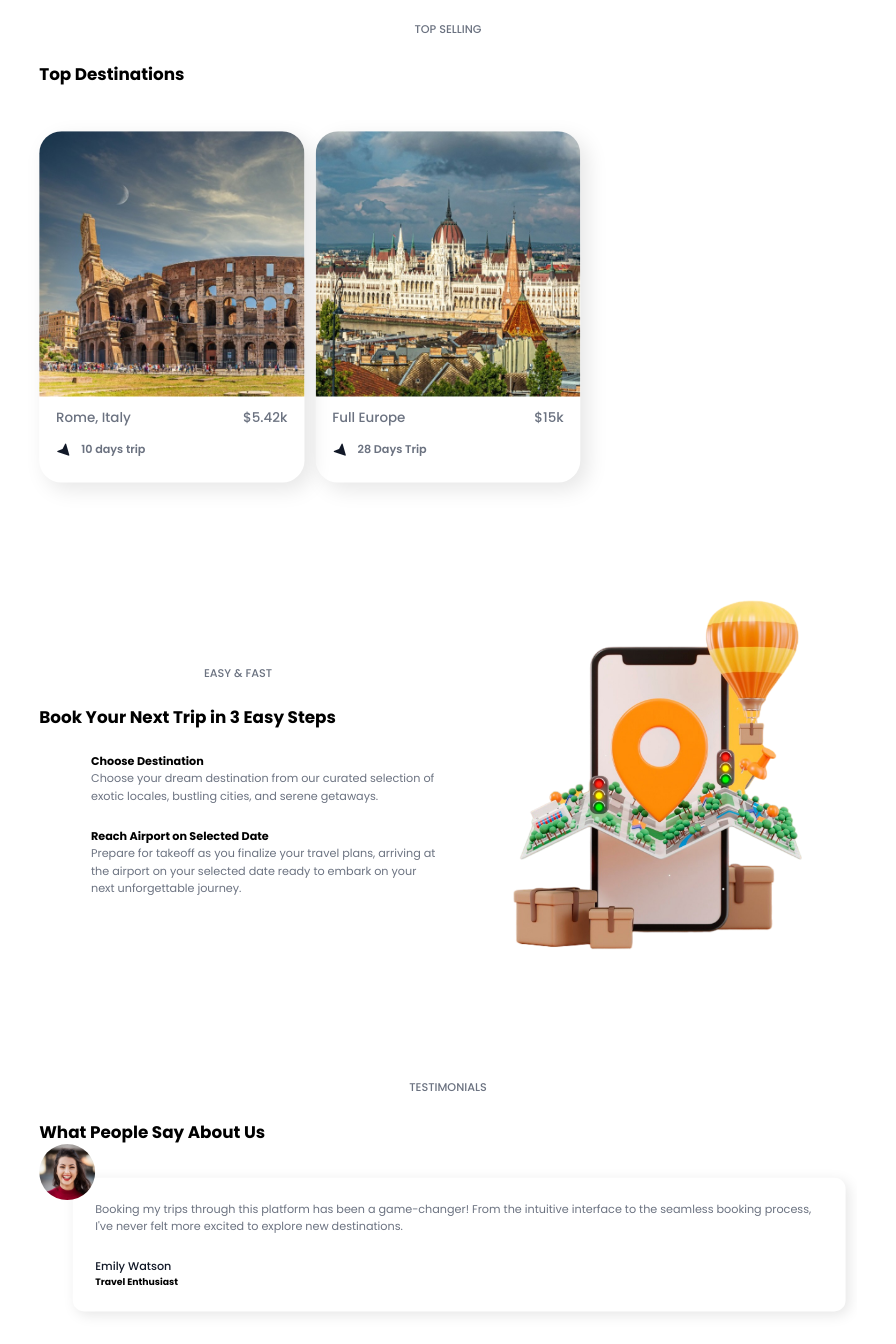
Repository: ntandomagana/travel-website
Page: index.html
These files come from the project's save history. The page is drawn as it stood at one moment and after a run of saves; the edit follows.
The browser window is 1280 px wide. The pictures show the part of the page from y = 1569 to 3489 px (the page is 4119 px tall), at 70% of full size.

Above is the page before, as saved 2024-05-07 14:39:21.

### index.html
<!DOCTYPE html>
<html lang="en">
  <head>
    <meta charset="UTF-8" />
    <meta name="viewport" content="width=device-width, initial-scale=1.0" />
    <link
      href="https://cdn.jsdelivr.net/npm/remixicon@4.2.0/fonts/remixicon.css"
      rel="stylesheet"
    />
    <link
      rel="stylesheet"
      href="https://cdn.jsdelivr.net/npm/swiper@11/swiper-bundle.min.css"
    />
    <link rel="stylesheet" href="style.css" />
    <link rel="stylesheet" href="mediaqueries.css" />
    <title>Travel Website</title>
  </head>
  <body>
    <nav>
      <div class="nav-header">
        <div class="logo">
          <a href="#" class="logo">Travel<span>S</span>.</a>
        </div>
        <div class="nav-menu-btn" id="menu-btn">
          <i class="ri-menu-line"></i>
        </div>
      </div>

      <ul class="nav-links" id="nav-links">
        <li><a href="#home">Home</a></li>
        <li><a href="#service">Services</a></li>
        <li><a href="#destination">Destinations</a></li>
        <li><a href="#trips">Trips</a></li>
        <li><a href="#client">Clients</a></li>
      </ul>
    </nav>

    <header class="section-container header-container" id="home">
      <div class="header-image">
        <img src="assets/header.png" alt="header" />
      </div>
      <div class="header-content">
        <h3 class="section-subheader">BEST DESTINATIONS AROUND THE WORLD</h3>
        <h1>Travel, enjoy and live a new full life</h1>
        <p>
          It's an invitation to break free from the ordinary, immerse yourself
          in diverse cultures, and embrace the beauty of the world around you.
          Let every journey be a chapter in your story of living life to its
          fullest potential.
        </p>
        <div class="header-btns">
          <button class="btn">Find out more</button>
          <a href="#">
            <span><i class="ri-play-fill"></i></span>
            Play Demo
          </a>
        </div>
      </div>
    </header>

    <section class="section-container service-container" id="service">
      <h3 class="section-subheader">CATEGORY</h3>
      <h2 class="section-header">We Offer Best Services</h2>
      <div class="service-grid">
        <div class="service-card">
          <img src="assets/weather.png" alt="service" />
          <h4>Calculated Weather</h4>
          <p>
            Stay ahead of your travels with precise weather forecasts tailored
            to your destination's conditions.
          </p>
        </div>
        <div class="service-card">
          <img src="assets/customisation.png" alt="service" />
          <h4>Customizations</h4>
          <p>
            Tailor your journey with personalized customizations, ensuring every
            detail reflects your unique travel style.
          </p>
        </div>
      </div>
    </section>

    <section class="section-container destination-container" id="destination">
      <h3 class="section-subheader">TOP SELLING</h3>
      <h2 class="section-header">Top Destinations</h2>
      <div class="destination-grid">
        <div class="destination-card">
          <img src="assets/destination-1.jpg" alt="destination" />
          <div class="destination-details">
            <div>
              <h4>Rome, Italy</h4>
              <h4>$5.42k</h4>
            </div>
            <p>
              <span><i class="ri-navigation-fill"></i></span>
              10 days trip
            </p>
          </div>
        </div>
        <div class="destination-card">
          <img src="assets/destination-3.jpg" alt="destination" />
          <div class="destination-details">
            <div>
              <h4>Full Europe</h4>
              <h4>$15k</h4>
            </div>
            <p>
              <span><i class="ri-navigation-fill"></i></span>
              28 Days Trip
            </p>
          </div>
        </div>
      </div>
    </section>

    <section class="section-container trip-container" id="trip">
      <div class="trip-image">
        <img src="assets/trip.png" />
      </div>
      <div class="trip-content">
        <h3 class="section-subheader">EASY & FAST</h3>
        <h2 class="section-header">Book Your Next Trip in 3 Easy Steps</h2>
        <ul class="trip-list">
          <li>
            <span><i class="ri-signpost-line"></i></span>
            <div>
              <h4>Choose Destination</h4>
              <p>
                Choose your dream destination from our curated selection of
                exotic locales, bustling cities, and serene getaways.
              </p>
            </div>
          </li>

          <li>
            <span><i class="ri-secure-payment-line"></i></span>
            <div>
              <h4>Reach Airport on Selected Date</h4>
              <p>
                Prepare for takeoff as you finalize your travel plans, arriving
                at the airport on your selected date ready to embark on your
                next unforgettable journey.
              </p>
            </div>
          </li>
        </ul>
      </div>
    </section>

    <section class="section-container clinet-container" id="client">
      <div class="client-content">
        <h3 class="section-subheader">TESTIMONIALS</h3>
        <h2 class="section-header">What People Say About Us</h2>
      </div>
      <div class="client-swiper">
        <!--Slider main container-->
        <div class="swiper">
          <!--Additional required wrapper-->
          <div class="swiper-wrapper">
            <!--Slides-->
            <div class="swiper-slide">
              <div class="client-card">
                <img src="assets/client-1.jpg" alt="client" />
                <div class="client-card-content">
                  <p>
                    Booking my trips through this platform has been a
                    game-changer! From the intuitive interface to the seamless
                    booking process, I've never felt more excited to explore new
                    destinations.
                  </p>
                  <h4>Emily Watson</h4>
                  <h5>Travel Enthusiast</h5>
                </div>
              </div>
            </div>
            <div class="swiper-slide">
              <div class="client-card">
                <img src="assets/client-2.jpg" alt="client" />
                <div class="client-card-content">
                  <p>
                    As a busy professional, time is of the essence. This website
                    made planning my vacation a breeze, allowing me to focus on
                    what matters most: making memories with my family.
                  </p>
                  <h4>David Nguyen</h4>
                  <h5>Business Executive</h5>
                </div>
              </div>
            </div>

            <div class="swiper-slide">
              <div class="client-card">
                <img src="assets/client-3.jpg" alt="client" />
                <div class="client-card-content">
                  <p>
                    I've been using this service for years, and it never
                    disappoints. The convenience of booking my flights,
                    accommodations, and activities all in one place saves me
                    time and stress every trip.
                  </p>
                  <h4>Michael Johnson</h4>
                  <h5>Frequent Flyer</h5>
                </div>
              </div>
            </div>
          </div>
        </div>
      </div>
    </section>

    <footer class="footer">
      <div class="section-container footer-container">
        <div class="footer-col">
          <div class="footer-logo">
            <a href="#" class="logo">Travel<span>S</span>.</a>
          </div>
          <p>
            Our platform is your passport to seamless adventures, offering a
            curated selection of destinations and a user-friendly booking
            experience.
          </p>
        </div>
        <div class="footer-col">
            <h4>Company</h4>
            <ul class="footer-links">
                <li><a href="#">About</a></li>
                <li><a href="#">Careers</a></li>
                <li><a href="#">Mobile</a></li>
            </ul>
        </div>
        <div class="footer-col">
          <h4>Contact</h4>
          <ul class="footer-links">
            <li><a href="#">Help/FAQ</a></li>
            <li><a href="#">Press</a></li>
            <li><a href="#">Affiliates</a></li>
          </ul>
        </div>
        <div class="footer-col">
          <ul class="footer-socials">
            <li>
              <a href="#"><i class="ri-facebook-fill"></i></a>
            </li>
            <li>
              <a href="#"><i class="ri-instagram-line"></i></a>
            </li>
            <li>
              <a href="#"><i class="ri-twitter-fill"></i></a>
            </li>
          </ul>
          <h5>Discover our app</h5>
          <div class="footer-discover">
            <a href="#"><img src="assets/google-play.jpg" alt="discover" /></a>
            <a href="#"><img src="assets/app-store.jpg" alt="discover" /></a>
          </div>
        </div>
      </div>
      <div class="footer-bar">
        Copyright © 2024 TravelS. All rights reserved.
      </div>
    </footer>

    <script src="https://unpkg.com/scrollreveal"></script>
    <script src="https://cdn.jsdelivr.net/npm/swiper@11/swiper-bundle.min.js"></script>
    <script src="main.js"></script>

      </div>

    </footer>
  </body>
</html>

### style.css
@import url("https://fonts.googleapis.com/css2?family=Poppins:ital,wght@0,100;0,200;0,300;0,400;0,500;0,600;0,700;0,800;0,900;1,100;1,200;1,300;1,400;1,500;1,600;1,700;1,800;1,900&display=swap");

:root {
  --primary-color: #e06951;
  --text-dark: #111827;
  --text-light: #6b7280;
  --white: #ffffff;
  --max-width: 1200px;
}

* {
  padding: 0;
  margin: 0;
  box-sizing: border-box;
}

html,
body {
  scroll-behavior: smooth;
}

body {
  font-family: "Poppins", sans-serif;
  background-image: url(assets/header-bg.png);
  background-size: contain;
  background-position: top center;
  background-repeat: no-repeat;
}

nav {
  position: fixed;
  isolation: isolate;
  width: 100%;
  max-width: var(--max-width);
  margin-inline: auto;
  z-index: 9;
}

.nav-header {
  padding: 1rem;
  width: 100%;
  display: flex;
  align-items: center;
  justify-content: space-between;
  background-color: var(--text-dark);
}

.nav-header .logo {
  color: var(--white);
}

.nav-menu-btn {
  font-size: 1rem;
  color: var(--white);
  cursor: pointer;
}

.nav-links {
  position: absolute;
  top: 65px;
  left: 0;
  width: 100%;
  list-style: none;
  display: flex;
  align-items: center;
  justify-content: center;
  flex-direction: column;
  gap: 2rem;
  padding: 2rem;
  background-color: var(--text-dark);
  transition: 0.5s;
  z-index: -1;
  transform: translateY(-100%);
}

.nav-links.open {
  transform: translateY(0);
}

.nav-links a {
  font-weight: 500;
  white-space: nowrap;
  color: var(--white);
}

.nav-links a:hover {
  color: var(--primary-color);
}

.section-container {
  max-width: var(--max-width);
  margin: auto;
  padding: 5rem 1rem;
}

.section-subheader {
  margin-bottom: 1rem;
  font-size: 1rem;
  font-weight: 500;
  line-height: 3.75rem;
  color: var(--text-light);
  text-align: center;
}

.logo {
  font-size: 1.75rem;
  font-weight: 600;
  color: var(--text-dark);
}

.logo span {
  color: var(--primary-color);
}

img {
  display: flex;
  width: 100%;
}

a {
  text-decoration: none;
  transition: 0.4s;
}

ul {
  list-style: none;
}

.header-container {
  display: grid;
  gap: 2rem;
  overflow: hidden;
}

.header-image img {
  max-width: 550px;
  margin-inline: auto;
}

.header-content .section-subheader {
  font-size: 1.2rem;
  color: var(--primary-color);
}

.header-content h1 {
  margin-bottom: 1rem;
  font-size: 4.75rem;
  font-weight: 500;
  line-height: 5.5rem;
  color: var(--text-dark);
  text-align: center;
}

.header-content p {
  margin-bottom: 2rem;
  line-height: 2rem;
  color: var(--text-light);
  text-align: center;
}

.header-btns {
  display: flex;
  align-items: center;
  justify-content: center;
  gap: 2rem;
}

.header-btns .btn {
  padding: 1rem 1.5rem;
  outline: none;
  border: none;
  font-size: 1rem;
  color: var(--white);
  background-color: #f1a501;
  border-radius: 5px;
  box-shadow: 2px 2px 20px rgba(241, 165, 1, 0.5);
  cursor: pointer;
}

.header-btns a {
  display: flex;
  align-items: center;
  gap: 1rem;
  font-size: 1rem;
  font-weight: 500;
  color: var(--text-light);
  transition: 0.3s;
}

.header-btns a:hover {
  color: var(--text-dark);
}

.header-btns a span {
  padding: 6px 12px;
  font-size: 1.5rem;
  color: var(--white);
  background-color: var(--primary-color);
  box-shadow: 2px 2px 20px rgba(224, 105, 81, 0.5);
  border-radius: 100%;
}

.service-grid {
  margin-top: 4rem;
  display: grid;
  gap: 1rem;
}

.service-card {
  padding: 2rem 1rem;
  text-align: center;
  border-radius: 2rem;
  transition: 0.3s;
}

.service-card:hover {
  box-shadow: 10px 10px 30px rgba(0, 0, 0, 0.1);
}

.service-card img {
  margin-bottom: 2rem;
  max-width: 60px;
  margin-inline: auto;
}

.service-card h4 {
  margin-bottom: 1rem;
  font-size: 1.2rem;
  font-weight: 600;
  color: var(--text-dark);
}

.service__card p {
  color: var(--text-light);
}

.destination-grid {
  margin-top: 4rem;
  display: grid;
  gap: 1rem;
}

.destination-card {
  border-radius: 2rem;
  overflow: hidden;
  box-shadow: 10px 10px 30px rgba(0, 0, 0, 0.1);
}

.destination-details {
  padding: 1rem 1.5rem;
}

.destination-details > div {
  margin-bottom: 1rem;
  display: flex;
  align-items: center;
  justify-content: space-between;
  gap: 1rem;
}

.destination-details h4 {
  font-size: 1.2rem;
  font-weight: 500;
  color: var(--text-light);
}

.destination-details p {
  margin-bottom: 1rem;
  display: flex;
  align-items: center;
  font-weight: 600;
  gap: 1rem;
  color: var(--text-light);
}

.destination-details p span {
  font-size: 1.25rem;
  color: var(--text-dark);
  transform: rotate(180deg);
}

.trip-container {
  display: grid;
  gap: 2rem;
  overflow: hidden;
}

.trip-image img {
  max-width: 425px;
  margin-inline: auto;
}

.trip-list {
  list-style: none;
  margin-top: 2rem;
  display: grid;
  gap: 2rem;
}

.trip-list li {
  display: flex;
  align-items: center;
  gap: 1rem;
}

.trip-list li span {
  padding: 8px 15px;
  font-size: 1.75rem;
  color: var(--white);
  border-radius: 1rem;
}

.trip__list li:nth-child(1) span {
  background-color: #f0bb1f;
}

.trip__list li:nth-child(2) span {
  background-color: #f15a2b;
}

.trip__list li:nth-child(3) span {
  background-color: #006380;
}

.trip-list p {
  color: var(--text-light);
}

.client-container {
  padding-bottom: 3rem;
  display: grid;
  gap: 2rem 4rem;
}

.swiper {
  width: 100%;
}

.swiper-slide {
  height: auto !important;
}

.client-card {
  position: relative;
  isolation: isolate;
  padding-block: 3rem 2rem;
  padding-inline: 3rem 1rem;
}

.client-card img {
  position: absolute;
  top: 0;
  left: 0;
  max-width: 80px;
  border-radius: 100%;
}

.client-card-content {
  padding: 2rem;
  border-radius: 1rem;
  box-shadow: 5px 5px 20px rgba(0, 0, 0, 0.1);
}

.client-card-content p {
  margin-bottom: 2rem;
  color: var(--text-light);
}

.client-card-content h4 {
  font-size: 1rem;
  font-weight: 500;
  color: var(--text-dark);
}

.client__card__content h5 {
  font-size: 1rem;
  font-weight: 500;
  color: var(--text-light);
}

.footer-container {
  display: grid;
  gap: 2rem;
}

.footer-col p {
  margin-top: 1rem;
  color: var(--text-light);
}

.footer-col h4 {
  margin-bottom: 1.5rem;
  font-size: 1.2rem;
  font-weight: 500;
  color: var(--text-dark);
}

.footer-links {
    display: grid;
    gap: 1rem;
}

.footer-links a {
    font-weight: 500;
    color: var(--text-light);

}

.footer-links a:hover {
    color: var(--primary-color);
}

.footer-socials {
    margin-bottom: 2rem;
    display: flex;
    align-items: center;
    justify-content: center;
    gap: 1rem;
}

.footer-socials a {
    padding: 8px 12px;
    font-size: 1.25rem;
    color: var(--text-dark);
    border-radius: 100%;
    box-shadow: 5px 5px 20px rgba(0, 0, 0, 0.1);
}

.footer-socials a:hover {
    color: var(--white);
    background-color: var(--primary-color);
}
.footer-col h5 {
    margin-bottom: 1rem;
    font-size: 1.1rem;
    font-weight: 500;
    color: var(--text-light);
}


.footer-discover {
    display: flex;
    align-items: center;
    justify-content: center;
    gap: 1rem;
}

.footer-discover img {
    max-width: 120px;
    border-radius: 1rem;
}

.footer-bar {
    padding: 1rem;
    font-size: 0.9rem;
    color: var(--text-light);
    text-align: center;

}

### mediaqueries.css
@media (width > 540px) {
  .service-grid {
    grid-template-columns: repeat(2, 1fr);
  }

  .destination-grid {
    grid-template-columns: repeat(2, 1fr);
  }

  .footer-container {
    grid-template-columns: repeat(2, 1fr);
  }

  .footer-col:nth-child(4) {
    grid-area: 2/1/3/2;
  }
}

@media (width > 768px) {
  nav {
    position: static;
    padding-block: 2rem 0;
    padding-inline: 1rem;
    display: flex;
    align-items: center;
    justify-content: space-between;
    gap: 2rem;
  }

  .nav-header {
    padding: 0;
    background-color: transparent;
  }

  .nav-logo .logo {
    color: var(--text-dark);
  }

  .nav-menu-btn {
    display: none;
  }

  .nav-links {
    position: static;
    padding: 0;
    flex-direction: row;
    justify-content: fix-end;
    gap: 4rem;
    background-color: transparent;
    transform: none;
  }

  .nav-links a {
    color: var(--text-dark);
  }

  .header-container {
    grid-template-columns: repeat(2, 1fr);
    align-items: center;
  }

  .header-image {
    grid-area: 1/2/3;
  }

  .header-content :is(.section-subheader, h1, p) {
    text-align: left;
  }

  .header-btns {
    justify-content: flex-start;
  }

  .service-grid {
    grid-template-columns: repeat(4, 1fr);
  }

  .destination-grid {
    grid-template-columns: repeat(3, 1fr);
  }

  .trip-container {
    grid-template-columns: repeat(2, 1fr);
    align-items: center;
  }

  .trip-image {
    grid-area: 1/2/2/3;
  }
}

Loaded but not shown: main.js (no copy from this time; the picture is the same without it)

After the next 4 saves:
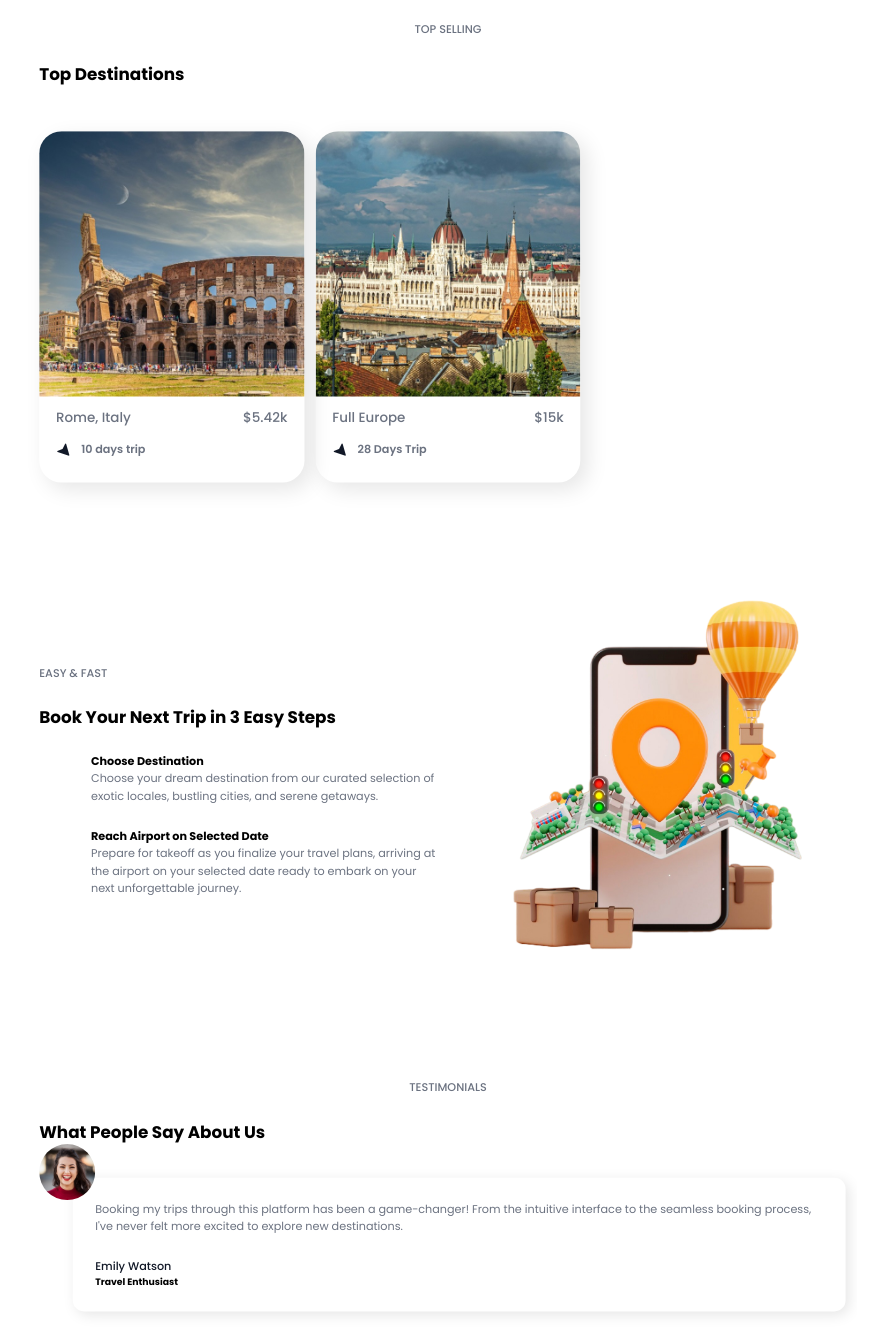
The 4 saves are shown as one change because they came seconds apart.
The last was saved 40 s later.
--- a/mediaqueries.css
+++ b/mediaqueries.css
@@ -87,4 +87,25 @@
   .trip-image {
     grid-area: 1/2/2/3;
   }
+
+  .trip-content :is(.section-subheader, .section-header) {
+    text-align: left;
+  }
+
+  .client__container {
+    grid-template-columns: repeat(2, 1fr);
+  }
+
+  .client__content :is(.section__subheader, .section__header) {
+    text-align: left;
+  }
+
+  .footer__container {
+    grid-template-columns: repeat(4, 1fr);
+  }
+
+  .footer__col:nth-child(4) {
+    grid-area: unset;
+  }
 }
+}
